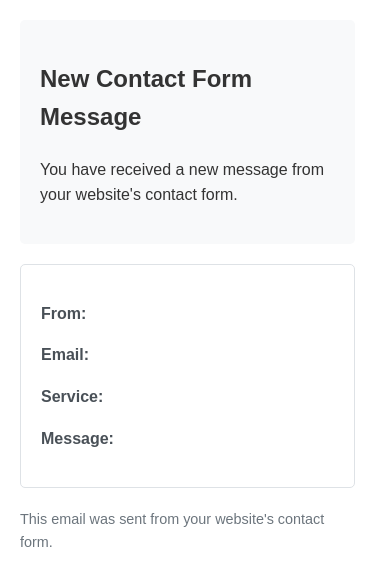
Repository: mrPractise/Susan-Portfolio
Page: templates/contact-email.html
These files come from the project's save history. The page is drawn as it stood at one moment and after the next save; the edit follows.
The browser window is 375 px wide. The pictures show the whole page.
The page is served by the project's application, run on Django 5.2 (manage.py). Other server files are loaded and not shown. The template is opened directly, without the code that normally fills it, so the values that code supplies are empty.

Above is the page before, as saved 2024-10-28 16:45:41.

### Portfolio/templatetags/project_tags.py
from django import template
from django.utils.safestring import mark_safe

register = template.Library()  # This line is crucial

@register.simple_tag
def video_player(project, autoplay=False):
    """Render video player with proper attributes"""
    if not project.video:
        return ''

    video_attrs = {
        'preload': 'metadata',
        'playsinline': '',
        'id': f'video-{project.id}',
        'data-video-id': project.id,
    }

    if project.video_thumbnail:
        video_attrs['poster'] = project.video_thumbnail.url

    if autoplay:
        video_attrs['autoplay'] = ''
        video_attrs['muted'] = ''

    attrs_str = ' '.join([f'{k}="{v}"' for k, v in video_attrs.items() if v])

    html = f'''
    <div class="custom-video-player" data-video-id="{project.id}">
        <div class="video-container">
            <video {attrs_str}>
                <source src="{project.video.url}" type="video/mp4">
                <source src="{project.video.url[:-4]}.webm" type="video/webm">
                Your browser doesn't support video playback.
            </video>
            <div class="video-controls">
                <button class="play-pause" aria-label="Play/Pause">
                    <i class="fas fa-play"></i>
                </button>
                <div class="progress-bar">
                    <div class="progress-bar-filled"></div>
                </div>
                <div class="time">
                    <span class="current-time">0:00</span>
                    <span>/</span>
                    <span class="duration">0:00</span>
                </div>
                <div class="volume-control">
                    <button class="mute-unmute" aria-label="Mute/Unmute">
                        <i class="fas fa-volume-up"></i>
                    </button>
                    <input type="range" class="volume-slider" min="0" max="1" step="0.1" value="1">
                </div>
                <button class="fullscreen" aria-label="Fullscreen">
                    <i class="fas fa-expand"></i>
                </button>
            </div>
        </div>
    </div>
    '''
    return mark_safe(html)

### templates/contact-email.html
{% load static %}

<!DOCTYPE html>
<html>
<head>
    <link rel="stylesheet" href="{% static 'css/contact-email.css' %}">

</head>
<body>
    <div class="email-container">
        <div class="message-header">
            <h2>New Contact Form Message</h2>
            <p>You have received a new message from your website's contact form.</p>
        </div>

        <div class="message-content">
            <p><span class="label">From:</span> {{ name }}</p>
            <p><span class="label">Email:</span> {{ email }}</p>
            <p><span class="label">Service:</span> {{ service }}</p>

            <p><span class="label">Message:</span></p>
            <div class="message-box">{{ message }}</div>
        </div>

        <div class="message-footer">
            <p>This email was sent from your website's contact form.</p>
        </div>
    </div>
</body>
</html>

### Abongo/urls.py
"""
URL configuration for Abongo project.

The `urlpatterns` list routes URLs to views. For more information please see:
    https://docs.djangoproject.com/en/5.1/topics/http/urls/
Examples:
Function views
    1. Add an import:  from my_app import views
    2. Add a URL to urlpatterns:  path('', views.home, name='home')
Class-based views
    1. Add an import:  from other_app.views import Home
    2. Add a URL to urlpatterns:  path('', Home.as_view(), name='home')
Including another URLconf
    1. Import the include() function: from django.urls import include, path
    2. Add a URL to urlpatterns:  path('blog/', include('blog.urls'))
"""
from django.contrib import admin
from django.urls import path, include
from django.conf.urls.static import static
from django.conf import settings

urlpatterns = [
    path('admin/', admin.site.urls),
    path('', include('Portfolio.urls')),
]
urlpatterns += static(settings.MEDIA_URL, document_root=settings.MEDIA_ROOT)

### Portfolio/urls.py

from django.urls import path
from . import views

urlpatterns = [
    path('', views.home, name='home'),
    path('events', views.events, name='events'),
    path('event/<int:event_id>/', views.event_detail, name='event-detail'),
    path('send-contact-email/', views.send_contact_email, name='send_contact_email'),
]

### static/css/contact-email.css

        body {
            font-family: Arial, sans-serif;
            line-height: 1.6;
            color: #333;
            max-width: 600px;
            margin: 0 auto;
            padding: 20px;
        }
        .message-header {
            background-color: #f8f9fa;
            padding: 20px;
            border-radius: 5px;
            margin-bottom: 20px;
        }
        .message-content {
            background-color: white;
            padding: 20px;
            border-radius: 5px;
            border: 1px solid #dee2e6;
        }
        .message-footer {
            margin-top: 20px;
            font-size: 0.9em;
            color: #6c757d;
        }
        .label {
            font-weight: bold;
            color: #495057;
        }

After the next save:
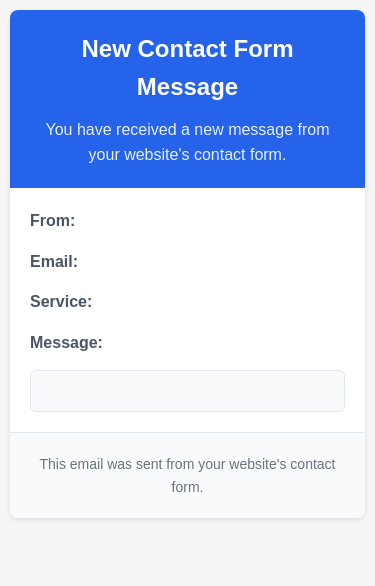
Saved 23 s later.
--- a/static/css/contact-email.css
+++ b/static/css/contact-email.css
@@ -1,30 +1,95 @@
+       /* Base styles */
+        body {
+            margin: 0;
+            padding: 0;
+            font-family: Arial, Helvetica, sans-serif;
+            line-height: 1.6;
+            background-color: #f5f5f5;
+            color: #333333;
+        }
 
-        body {
-            font-family: Arial, sans-serif;
+        /* Container styles */
+        .email-container {
+            max-width: 600px;
+            margin: 20px auto;
+            background-color: #ffffff;
+            border-radius: 8px;
+            box-shadow: 0 2px 4px rgba(0, 0, 0, 0.1);
+            overflow: hidden;
+        }
+
+        /* Header styles */
+        .message-header {
+            background-color: #2563eb;
+            color: #ffffff;
+            padding: 30px;
+            text-align: center;
+        }
+
+        .message-header h2 {
+            margin: 0 0 10px 0;
+            font-size: 24px;
+            font-weight: 600;
+        }
+
+        .message-header p {
+            margin: 0;
+            font-size: 16px;
+            opacity: 0.9;
+        }
+
+        /* Content styles */
+        .message-content {
+            padding: 30px;
+            background-color: #ffffff;
+        }
+
+        .message-content p {
+            margin: 0 0 15px 0;
+            font-size: 16px;
+        }
+
+        .label {
+            font-weight: 600;
+            color: #4b5563;
+            min-width: 80px;
+            display: inline-block;
+        }
+
+        .message-box {
+            background-color: #f8fafc;
+            border: 1px solid #e2e8f0;
+            border-radius: 6px;
+            padding: 20px;
+            margin-top: 10px;
+            white-space: pre-wrap;
+            font-size: 15px;
             line-height: 1.6;
-            color: #333;
-            max-width: 600px;
-            margin: 0 auto;
-            padding: 20px;
         }
-        .message-header {
-            background-color: #f8f9fa;
-            padding: 20px;
-            border-radius: 5px;
-            margin-bottom: 20px;
+
+        /* Footer styles */
+        .message-footer {
+            background-color: #f8fafc;
+            border-top: 1px solid #e2e8f0;
+            padding: 20px 30px;
+            text-align: center;
         }
-        .message-content {
-            background-color: white;
-            padding: 20px;
-            border-radius: 5px;
-            border: 1px solid #dee2e6;
+
+        .message-footer p {
+            margin: 0;
+            font-size: 14px;
+            color: #6b7280;
         }
-        .message-footer {
-            margin-top: 20px;
-            font-size: 0.9em;
-            color: #6c757d;
+
+        /* Responsive design */
+        @media screen and (max-width: 600px) {
+            .email-container {
+                margin: 10px;
+            }
+
+            .message-header,
+            .message-content,
+            .message-footer {
+                padding: 20px;
+            }
         }
-        .label {
-            font-weight: bold;
-            color: #495057;
-        }
